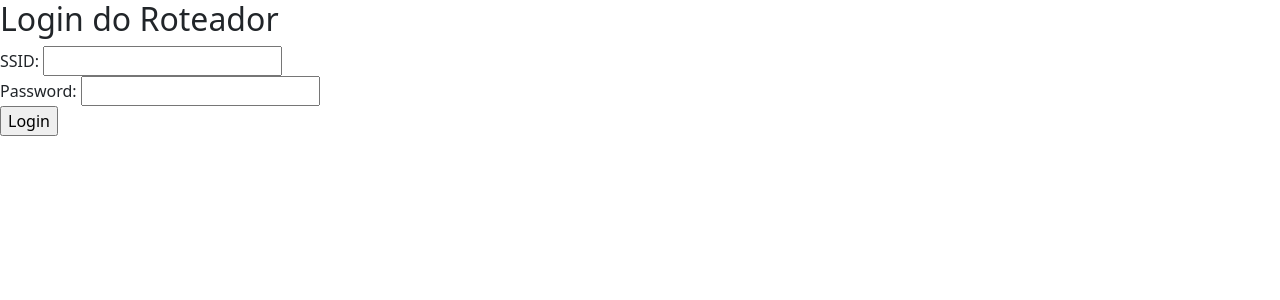
Repository: alfredo-allan/wifi-acesso-seguro.com
Page: index.html
The author's editor kept a copy of each file at every save. The page is drawn from the files as they stood at one save, then again after a run of saves.
The browser window is 1280 px wide. The pictures show the whole page.

Above is the page before, as saved 2024-07-27 18:19:24.

### index.html
<!DOCTYPE html>
<html lang="pt-BR">
  <head>
    <meta charset="UTF-8" />
    <meta name="viewport" content="width=device-width, initial-scale=1.0" />
    <link
      href="https://cdn.jsdelivr.net/npm/bootstrap@5.3.3/dist/css/bootstrap.min.css"
      rel="stylesheet"
      integrity="sha384-QWTKZyjpPEjISv5WaRU9OFeRpok6YctnYmDr5pNlyT2bRjXh0JMhjY6hW+ALEwIH"
      crossorigin="anonymous"
    />
    <title>Acesso Seguro</title>
  </head>
  <body>
    <h2>Login do Roteador</h2>
    <form>
      <label for="ssid">SSID:</label>
      <input type="text" id="ssid" name="ssid" required /><br />
      <label for="password">Password:</label>
      <input type="password" id="password" name="password" required /><br />
      <input type="submit" value="Login" />
    </form>
    <script
      src="https://cdn.jsdelivr.net/npm/bootstrap@5.3.3/dist/js/bootstrap.bundle.min.js"
      integrity="sha384-YvpcrYf0tY3lHB60NNkmXc5s9fDVZLESaAA55NDzOxhy9GkcIdslK1eN7N6jIeHz"
      crossorigin="anonymous"
    ></script>
  </body>
</html>

After the next 2 saves:
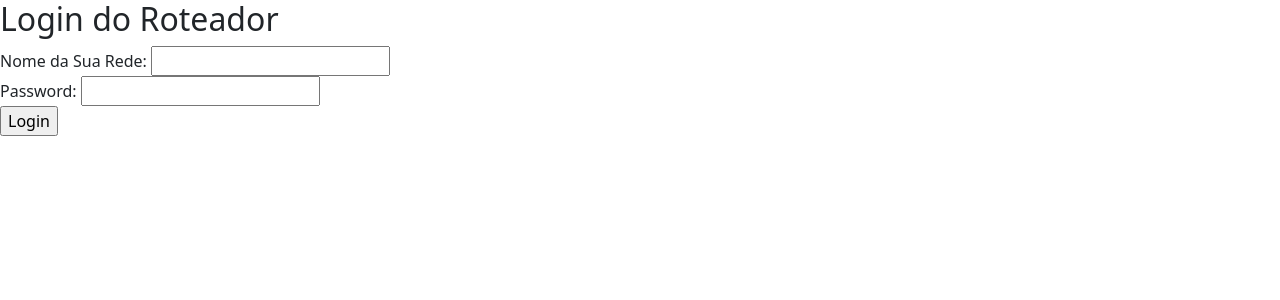
The 2 saves are shown as one change because they came seconds apart.
The last was saved 11 s later.
--- a/index.html
+++ b/index.html
@@ -14,7 +14,7 @@
   <body>
     <h2>Login do Roteador</h2>
     <form>
-      <label for="ssid">SSID:</label>
+      <label for="ssid">Nome da Sua Rede:</label>
       <input type="text" id="ssid" name="ssid" required /><br />
       <label for="password">Password:</label>
       <input type="password" id="password" name="password" required /><br />
